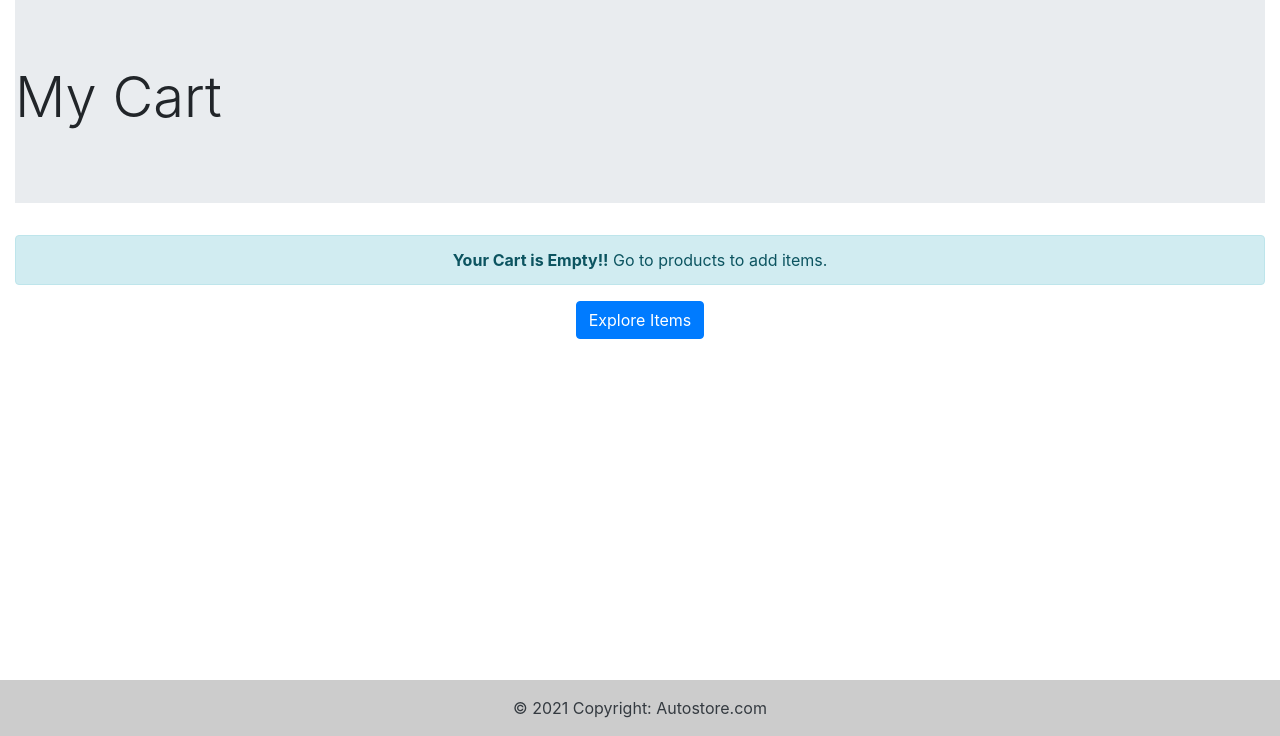
Repository: pravinsakthivel/ecommerce
Page: /cartIems
These files come from the project's save history. The page is drawn as it stood at one moment and after the next save; the edit follows.
The browser window is 1280 px wide. The pictures show the whole page.
The project was rebuilt for these pictures with package versions that can differ from the ones it lists, and the page was loaded fresh each time. Also part of the build but not shown: src/components/ProductItem.vue, src/components/UI/ShoppingCartIcon.vue, src/components/UI/NavigationBar.vue, src/components/UI/SearchBar.vue, src/components/ProductDescriptionModal.vue, src/components/ProductList.vue, src/components/PaymentSummary.vue, src/components/UI/OrderSuccess.vue and 6 more.

Above is the page before, as saved 2021-04-10 23:54:00.

### public/index.html
<!DOCTYPE html>
<html lang="">
  <head>
    <meta charset="utf-8" />
    <meta http-equiv="X-UA-Compatible" content="IE=edge" />
    <meta name="viewport" content="width=device-width,initial-scale=1.0" />
    <link rel="icon" href="<%= BASE_URL %>favicon.ico" />
    <link
      href="https://fonts.googleapis.com/css?family=Nunito+Sans:400,400i,700,900&display=swap"
      rel="stylesheet"
    />
    <title><%= htmlWebpackPlugin.options.title %></title>
  </head>
  <style>
    #page-container {
      position: relative;
      min-height: 100vh;
    }

    #content-wrap {
      padding-bottom: 2.5rem; /* Footer height */
    }

    #footer {
      position: absolute;
      bottom: 0;
      width: 100%;
      height: 2.5rem; /* Footer height */
    }
  </style>
  <body>
    <noscript>
      <strong
        >We're sorry but <%= htmlWebpackPlugin.options.title %> doesn't work
        properly without JavaScript enabled. Please enable it to
        continue.</strong
      >
    </noscript>
    <div id="page-container">
      <div id="content-wrap">
        <div id="app"></div>
      </div>
      <footer id="footer">
        <div class="text-center text-dark p-3 footer" style="background-color: rgba(0, 0, 0, 0.2);">
          © 2021 Copyright:
          <a class="text-dark" href="#">Autostore.com</a>
        </div>
      </footer>
    </div>
    <!-- built files will be auto injected -->
  </body>
</html>

### src/main.js
import { createApp } from 'vue';
import App from './App.vue';
import router from './router.js';
import store from './store.js';
import 'bootstrap';
import 'font-awesome/css/font-awesome.min.css';
import 'bootstrap/dist/css/bootstrap.min.css';
import BaseButton from "./components/UI/BaseButton.vue";
import BaseBadge from './components/UI/BaseBadge.vue';
import TheJumbotrom from './components/UI/TheJumbotron.vue';
import BaseModal from './components/UI/BaseModal.vue';



const app = createApp(App);
app.use(router);
app.use(store);
app.component('base-button',BaseButton);
app.component('base-badge',BaseBadge);
app.component('the-jumbotron',TheJumbotrom);
app.component('base-modal',BaseModal);
app.mount('#app');

### src/App.vue
<template>
 <router-view></router-view>

</template>

<script>

export default {
  name: 'App',
}
</script>

<style >

</style>

### src/router.js
import { createRouter, createWebHistory } from "vue-router";
import ProductList from "./components/ProductList.vue";
import CartList from "./components/CartList.vue";
import OrderSuccessPage from "./components/UI/OrderSuccess.vue";
import LoginPage from "./components/UI/LoginPage.vue";
import CheckoutPage from "./components/CheckoutPage.vue";

const router = createRouter({
  history: createWebHistory(),
  routes: [
    {
      path: "/",
      redirect: "/login",
    },
    {
      path: "/cartIems",
      component: CartList,
    },
    {
      path: "/products",
      component: ProductList,
    },
    {
      path: "/orderSuccessPage",
      component: OrderSuccessPage,
    },
    {
      path: "/login",
      component: LoginPage,
    },
    {
      path:"/checkout",
      component:CheckoutPage
    }
  ],
});

export default router;

### src/store.js
import {createStore} from 'vuex';
import productModule from './store/products/index.js'

const store = createStore({
   modules:{
        products:productModule
   }
});

export default store;

### src/components/UI/BaseButton.vue
<template>
    <button
        class="btn btn-primary"
        type="submit"
        @click.prevent="clickAction"
      >
        <slot></slot>
      </button>
</template>
<script>
export default {
    emits:['click-action'],
    methods:{
        clickAction(){
            this.$emit('click-action');
        }
    }
}
</script>

### src/components/UI/TheJumbotron.vue
<template>
  <div class="jumbotron jumbotron-fluid">

      <h1 class="display-4 "><slot></slot></h1>
  </div>
</template>

### src/components/CartList.vue
<template>
  <div class="container-fluid">
    <the-jumbotron>My Cart</the-jumbotron>

    <div class="card mb-2" v-for="item in cartItems" :key="item.productId">
      <img :src="item.productImage" class="card-img-top" alt="productImage" />
      <div class="card-body">
        <h5 class="card-title">{{ item.productName }}</h5>
        <p class="card-text">
          Some quick example text to build on the card title and make up the
          bulk of the card's content.
        </p>
        <form class="form-inline">
          <label for="quantity"><strong>Quantity : </strong></label>
          <input
            type="number"
            class="form-control ml-2"
            value="1"
            min="1"
            @change="setTotalPrice($event, item.productId)"
          />
        </form>

        <p>
          <strong>
            Price : $
            <span v-text="item.cartValue ? item.cartValue : item.price"></span
          ></strong>
        </p>
        <base-modal @click-action="removeFromCart(item.productId)">
          <template #baseButton>Remove</template>
          <template #title> Remove Item</template>
          <template #body> Do you want to remove item from cart ? </template>
          <template v-slot:secondaryButton>Cancel</template>
          <template v-slot:primaryButton>Remove</template>
        </base-modal>
      </div>
    </div>

    <div v-if="cartItems.length < 1" class="text-center ">
      <div class="alert alert-info ">
        <strong>Your Cart is Empty!!</strong> Go to products to add items.
      </div>
      <base-button link toPage="/products">Explore Items</base-button>
    </div>
    <div class=" mb-5 mt-5 row" v-else>
      <div class="col-md-6">
        <h4 class="mb-3 text-center">Billing address</h4>
        <form>
          <div class="row">
            <div class="col-md-6 mb-3">
              <label for="firstName">First name</label>
              <input
                type="text"
                class="form-control"
                id="firstName"
                placeholder="FirstName"
                required
                v-model="firstName"
              />
            </div>
            <div class="col-md-6 mb-3">
              <label for="lastName">Last name</label>
              <input
                type="text"
                class="form-control"
                id="lastName"
                placeholder="LastName"
                v-model="lastName"
                required
              />
            </div>
          </div>
          <div class="mb-3">
            <label for="email"
              >Email <span class="text-muted">(Optional)</span></label
            >
            <input
              type="email"
              class="form-control"
              id="email"
              placeholder="EmailId"
              v-model="emailId"
            />
          </div>

          <div class="mb-3">
            <label for="address">Address</label>
            <input
              type="text"
              class="form-control"
              id="address"
              placeholder="Address Line 1"
              required
              v-model="addressLine1"
            />
          </div>

          <div class="mb-3">
            <label for="address2"
              >Address 2 <span class="text-muted">(Optional)</span></label
            >
            <input
              type="text"
              class="form-control"
              id="address2"
              placeholder="Address Line 2"
              v-model="addressLine2"
            />
          </div>

          <div class="row">
            <div class="col-md-5 mb-3">
              <label for="country">Country</label>
              <select
                class="custom-select d-block w-100"
                id="country"
                v-model="country"
              >
                <option value="">Choose...</option>
                <option>India</option>
              </select>
            </div>
            <div class="col-md-4 mb-3">
              <label for="state">State</label>
              <select
                class="custom-select d-block w-100"
                id="state"
                v-model="state"
              >
                <option value="">Choose...</option>
                <option>Bangalore</option>
              </select>
            </div>
            <div class="col-md-3 mb-3">
              <label for="zip">Pincode</label>
              <input
                type="text"
                class="form-control"
                id="zip"
                placeholder=""
                v-model="pincode"
              />
            </div>
          </div>
          <div class="alert alert-danger" role="alert" v-if="isError">
            Please fill in all fields to continue payment !!
          </div>
          <div class="text-center">
            <base-button
              customClass="btn-warning mb-5 mt-5 "
              @click-action="validateAddress"
              >Deliver to this address</base-button
            >
          </div>
        </form>
        <div class="col-md-6"></div>
      </div>
              <payment-summary></payment-summary>


      <base-button link toPage="/checkout">Checkout</base-button>
    </div>
  </div>
</template>
<script>
import PaymentSummary from "./PaymentSummary.vue";
export default {
  components: { PaymentSummary },
  data() {
    return {
      quantity: 1,
    };
  },
  computed: {
    cartItems() {
      return this.$store.getters["products/getCartItems"];
    },
  },

  methods: {
    removeFromCart(productId) {
      this.$store.dispatch("products/removeCartItem", productId);
    },
    itemPrice(price) {
      return this.quantity * price;
    },
    setTotalPrice(event, productId) {
      let cartItems = this.cartItems;
      cartItems.forEach((item) => {
        if (item.productId == productId) {
          let quantity = event.target.value;
          item.quantity = quantity;
          item.cartValue = quantity * item.price;
        }
      });
      this.$store.dispatch("products/setCartItems", cartItems);
    },
  },
};
</script>
<style scoped>
.card {
  flex-direction: row;
}
.card img {
  width: 20%;
}
</style>

### src/store/products/index.js
import actions from './actions.js';
import getters from './getters.js';
import mutations from './mutations.js';

export default{
    namespaced:true,
    state(){
        return{
            products: [],
            cartItems: [],
            productsIdsInCart:[],
            searchedItems:[],
            lastUpdated:null,
            loggedInUser :'',
            totalCartValue:0
        }
    },
    actions,
    getters,
    mutations
}

### src/store/products/actions.js
export default {
  async loadProducts(context,forceRefresh) {
    console.log(context.getters.shouldRefresh , forceRefresh);
    if(!context.getters.shouldRefresh && !forceRefresh){
      console.log("sending cache data");
      return;
    }
    console.log("sending fetched data");
    let url = `https://products-data-b01f9-default-rtdb.firebaseio.com/products/-MXaxOFKGRgCKs_OkzrR.json`;
    let response = await fetch(url);
    let responseData = await response.json();
    context.commit("setProducts", responseData);
    context.commit("setTimeStamp");
  },
  setProducts(context, payload) {
    context.commit("setProducts", payload);
  },
  addProductItemToCart(context, product) {
    let cartItems = [...context.getters.getCartItems, product];
    context.dispatch("addProductIdInCart", product.productId);
    context.commit("setCartItems", cartItems);
  },
  addProductIdInCart(context, data) {
    let productIdsInCart = [...context.getters.getproductIdsIncart, data];
    context.commit("setProductIdsInCart", productIdsInCart);
  },
  setCartItems(context, data) {
    context.commit("setCartItems", data);
  },
  removeCartItem(context, productId) {
    let cartItems = context.getters.getCartItems;
    let filteredItems = cartItems.filter((item) => {
      return item.productId != productId;
    });
    context.dispatch("removeProductIdInCart", productId);
    context.commit("setCartItems", filteredItems);
  },
  removeProductIdInCart(context, productId) {
    let productIdsInCart = context.getters.getproductIdsIncart;
    const index = productIdsInCart.indexOf(productId);
    if (index > -1) {
      productIdsInCart.splice(index, 1);
    }
    context.commit("setProductIdsInCart", productIdsInCart);
  },
  setSearchedItems(context, payload) {
    context.commit("setSearchedItems", payload);
  },
  setUser(context,userName){
    context.commit("setUser",userName);
  },
  resetProductIdsInCart(context){
    context.commit("setProductIdsInCart",[])
  },
  setCartValue(context,cartValue){
    context.commit("setCartValue",cartValue)
  }
};

### src/store/products/getters.js
export default {
  getProducts(state) {
    return state.products;
  },
  getCartItems(state) {
    return state.cartItems;
  },
  getproductIdsIncart(state) {
    return state.productsIdsInCart;
  },
  shouldRefresh(state) {
    let lastUpdate = state.lastUpdated;
    if (!lastUpdate) {
      return true;
    }
    const currentTimeStamp = new Date().getTime();
    return (currentTimeStamp - lastUpdate) / 1000 > 60;
  },
  getSearchItems(state){
      return state.searchedItems;
  },
  getLoggedInUser(state){
    return state.loggedInUser;
  },
  getCartValue(state){
    return state.totalCartValue;
  }
};

### src/store/products/mutations.js
export default {
  setCartItems(state, payload) {
    state.cartItems = payload;
  },
  setProducts(state, payload) {
    state.products = payload;
  },
  setProductIdsInCart(state, payload) {
    state.productsIdsInCart = payload;
  },
  setTimeStamp(state) {
    state.lastUpdated = new Date().getTime();
  },
  setSearchedItems(state, payload) {
    state.searchedItems = payload;
  },
  setUser(state, userName) {
    state.loggedInUser = userName;
  },
  setCartValue(state,cartValue){
    state.cartValue = cartValue;
  }
};

After the next save:
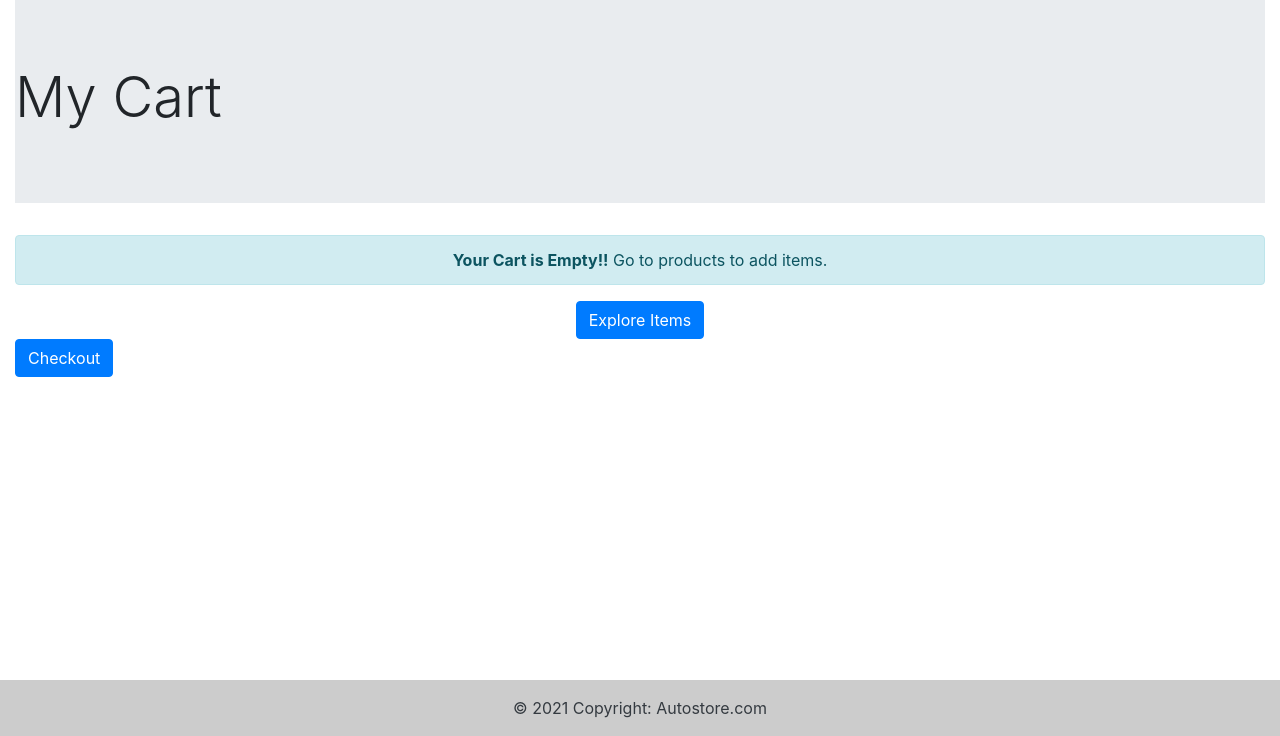
Saved 16 s later.
--- a/src/components/CartList.vue
+++ b/src/components/CartList.vue
@@ -156,11 +156,12 @@
         </form>
         <div class="col-md-6"></div>
       </div>
-              <payment-summary></payment-summary>
-
-
-      <base-button link toPage="/checkout">Checkout</base-button>
+    <payment-summary></payment-summary>
+
+
     </div>
+          <base-button link toPage="/checkout">Checkout</base-button>
+
   </div>
 </template>
 <script>

After the 4 saves that followed:
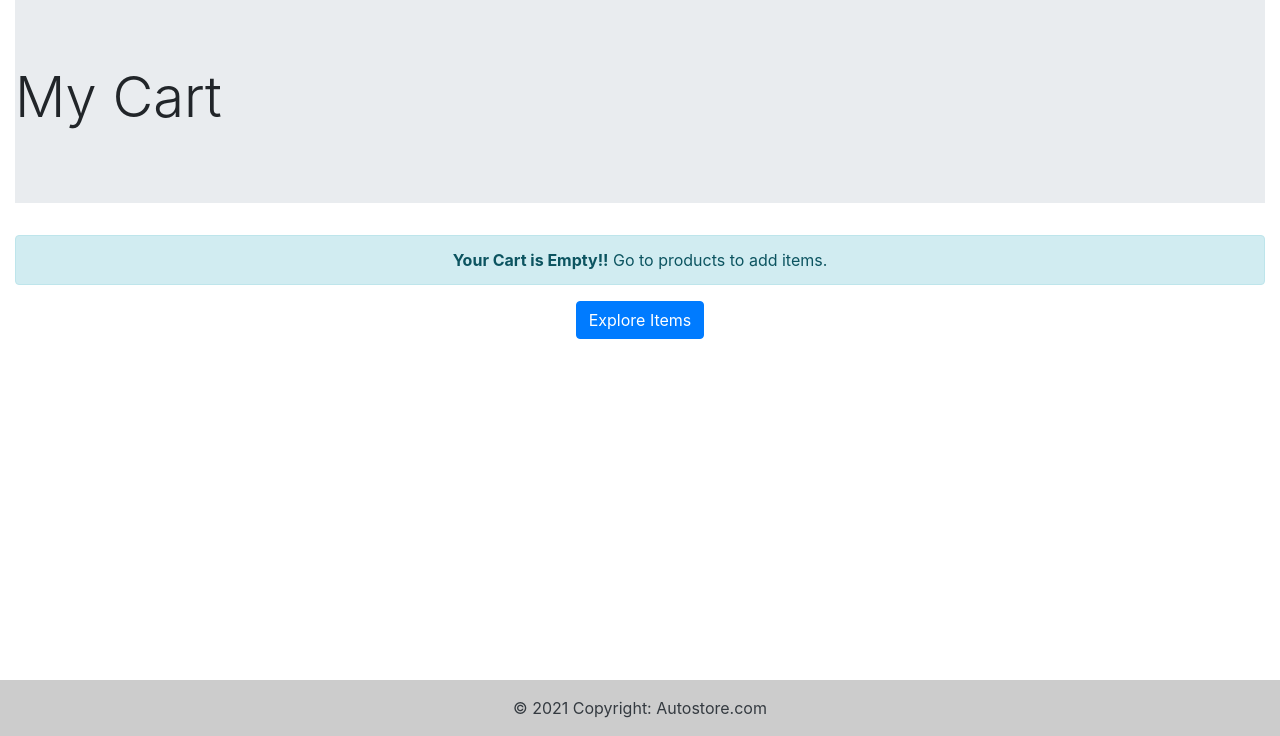
The 4 saves are shown as one change because 3 left the picture as it was.
The last was saved 2 min 29 s later.
--- a/src/components/CartList.vue
+++ b/src/components/CartList.vue
@@ -156,12 +156,10 @@
         </form>
         <div class="col-md-6"></div>
       </div>
-    <payment-summary></payment-summary>
-
+      <payment-summary></payment-summary>
+          <base-button link toPage="/checkout">Checkout</base-button>
 
     </div>
-          <base-button link toPage="/checkout">Checkout</base-button>
-
   </div>
 </template>
 <script>
@@ -171,6 +169,15 @@
   data() {
     return {
       quantity: 1,
+       firstName: "",
+      lastName: "",
+      emailId: "",
+      addressLine1: "",
+      addressLine2: "",
+      country: "",
+      state: "",
+      pincode: "",
+      isError: false,
     };
   },
   computed: {
@@ -197,6 +204,18 @@
       });
       this.$store.dispatch("products/setCartItems", cartItems);
     },
+    validateAddress() {
+      if (
+        this.firstName == "" ||
+        this.lastName == "" ||
+        this.country == "" ||
+        this.state == "" ||
+        this.addressLine1 == "" ||
+        this.addressLine2 == ""
+      ) {
+        this.isError = true;
+      }
+    }
   },
 };
 </script>
